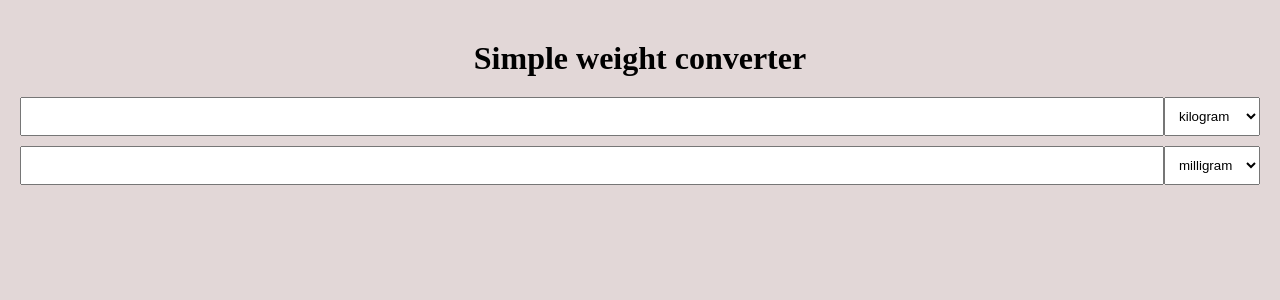
Repository: Eugene44-hub/weight-converter
Page: index.html
The author's editor kept a copy of each file at every save. The page is drawn from the files as they stood at one save, then again after the next save.
The browser window is 1280 px wide. The pictures show the whole page.

Above is the page before, as saved 2021-09-20 04:52:53.

After the next save:
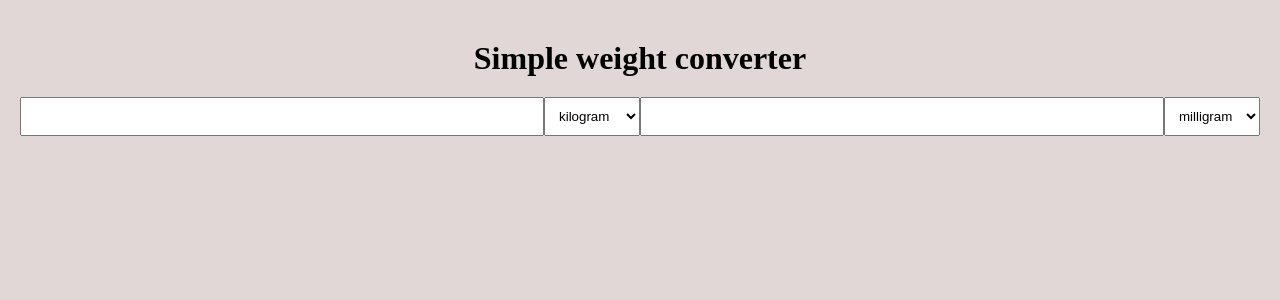
Saved 23 s later.
--- a/style.css
+++ b/style.css
@@ -10,7 +10,7 @@
 input {
     padding: 10px;
     flex: 1;
-    flex: 50%;
+    flex: 30%;
     margin-bottom: 10px;
 }
 

After the 5 saves that followed:
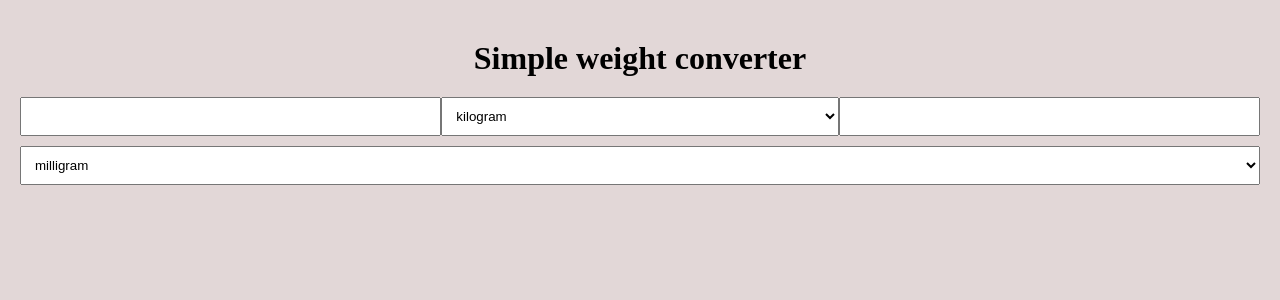
The 5 saves are shown as one change because 4 left the picture as it was.
The last was saved 117 s later.
--- a/style.css
+++ b/style.css
@@ -9,7 +9,6 @@
 
 input {
     padding: 10px;
-    flex: 1;
     flex: 30%;
     margin-bottom: 10px;
 }
@@ -23,6 +22,7 @@
 select {
     padding: 10px;
     margin-bottom: 10px;
+    flex: 30%;
 }
 
 .converter {
